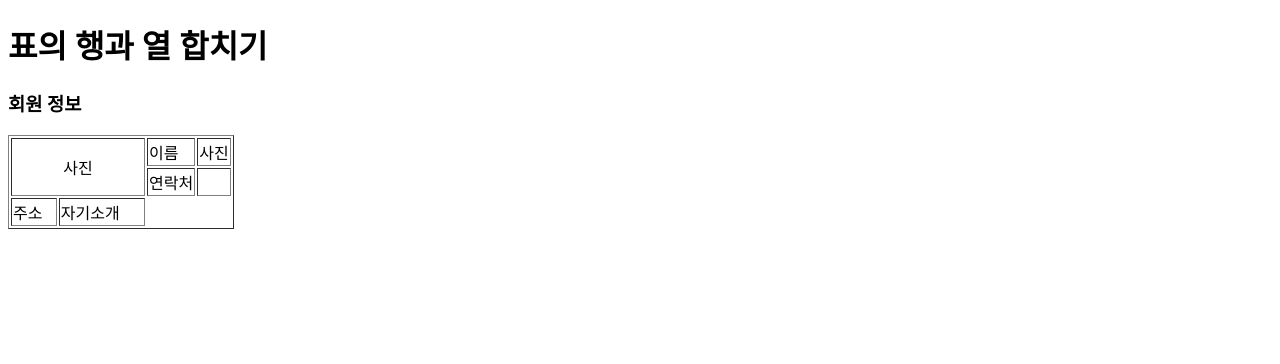
Repository: ygs3004/StudyHTML_CSS
Page: web project 01/src/main/webapp/chapter03/exam_table_prob_04.html
These files come from the project's save history. The page is drawn as it stood at one moment and after the next save; the edit follows.
The browser window is 1280 px wide. The pictures show the whole page.

Above is the page before, as saved 2022-08-04 07:44:48.

After the next save:
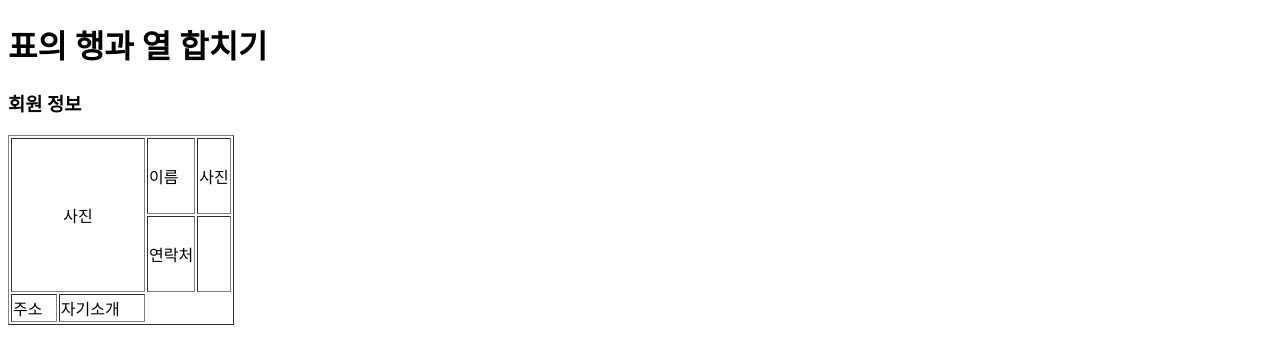
Saved 10 s later.
--- a/web project 01/src/main/webapp/chapter03/exam_table_prob_04.html
+++ b/web project 01/src/main/webapp/chapter03/exam_table_prob_04.html
@@ -10,7 +10,7 @@
 	<table border="1">
 		<tr>
 			<td align="center" rowspan="2" colspan="2"
-				width="130px" height >사진</td>
+				width="130px" height="150px" >사진</td>
 			<td>이름</td>
 			<td>사진</td>
 		</tr>
